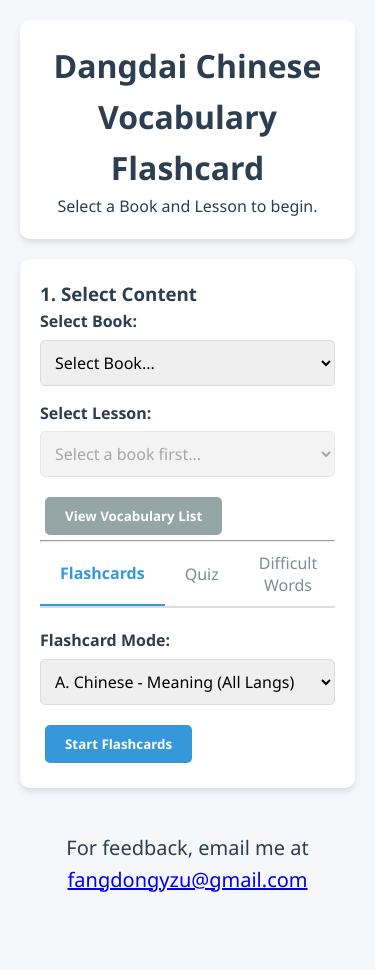
Repository: fangdongyzu/dangdaiflashcards
Page: index.html
The author's editor kept a copy of each file at every save. The page is drawn from the files as they stood at one save, then again after the next save.
The browser window is 375 px wide. The pictures show the whole page.

Above is the page before, as saved 2025-11-27 21:45:41.
Console error: TypeError: Cannot read properties of null (reading 'addEventListener')

After the next save:
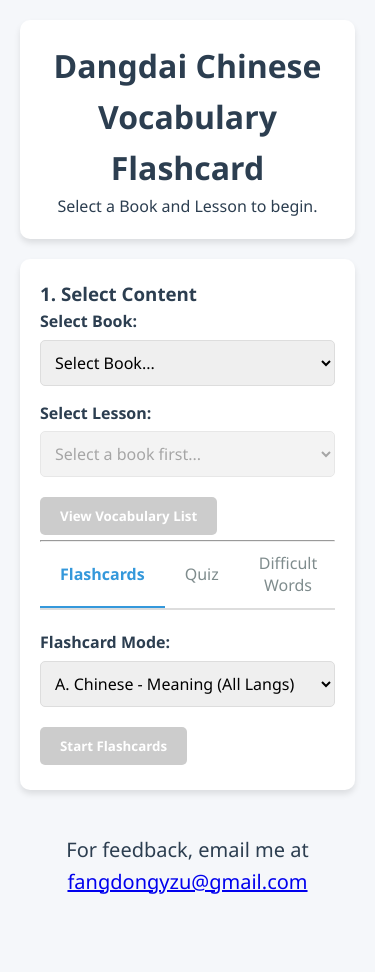
Saved 28 s later.
--- a/styles.css
+++ b/styles.css
@@ -1,6 +1,6 @@
 :root {
     --primary-color: #3498db;
-    --secondary-color: #2980b9;
+    --secondary-color: #7f8c8d;
     --accent-color: #e74c3c;
     --light-color: #ecf0f1;
     --dark-color: #2c3e50;
@@ -48,7 +48,6 @@ header {
     transition: all 0.3s ease;
 }
 
-/* Utility to hide elements */
 .hidden {
     display: none !important;
 }
@@ -63,7 +62,7 @@ label {
     font-weight: 600;
 }
 
-select, input[type="file"] {
+select {
     width: 100%;
     padding: 10px;
     border: 1px solid #ddd;
@@ -78,15 +77,17 @@ select, input[type="file"] {
     cursor: pointer;
     font-weight: 600;
     transition: background 0.2s;
-    margin: 5px;
+    margin: 5px 0;
+    display: inline-block;
 }
 
 .btn.primary { background-color: var(--primary-color); color: white; }
-.btn.secondary { background-color: #95a5a6; color: white; }
+.btn.secondary { background-color: var(--secondary-color); color: white; }
 .btn.warning { background-color: var(--warning-color); color: white; }
-.btn.small { padding: 5px 10px; font-size: 0.9rem; }
-
-.btn:hover { opacity: 0.9; }
+.btn.small { padding: 5px 15px; font-size: 0.9rem; margin-right: 10px;}
+.btn:disabled { background-color: #ccc; cursor: not-allowed; }
+
+.btn:hover:not(:disabled) { opacity: 0.9; }
 
 /* Tabs */
 .tabs {
@@ -102,6 +103,7 @@ select, input[type="file"] {
     cursor: pointer;
     font-size: 1rem;
     color: #7f8c8d;
+    border-bottom: 2px solid transparent;
 }
 
 .tab-btn.active {
@@ -119,12 +121,40 @@ select, input[type="file"] {
     display: block;
 }
 
+/* Table / List View */
+.table-container {
+    overflow-x: auto;
+    background: white;
+    border-radius: var(--border-radius);
+    box-shadow: var(--box-shadow);
+    max-height: 600px;
+    overflow-y: auto;
+}
+
+table {
+    width: 100%;
+    border-collapse: collapse;
+}
+
+th, td {
+    padding: 12px 15px;
+    text-align: left;
+    border-bottom: 1px solid #ddd;
+}
+
+th {
+    background-color: var(--primary-color);
+    color: white;
+    position: sticky;
+    top: 0;
+}
+
 /* Flashcard Styles */
 .flashcard-container {
     perspective: 1000px;
     width: 100%;
     max-width: 600px;
-    height: 400px;
+    height: 450px;
     margin: 20px auto;
 }
 
@@ -173,7 +203,7 @@ select, input[type="file"] {
     background-color: #fdfefe;
 }
 
-/* Content Typography */
+/* Typography */
 .chinese-text {
     font-size: 3rem;
     color: var(--dark-color);
@@ -190,10 +220,10 @@ select, input[type="file"] {
 .meaning-grid {
     display: grid;
     grid-template-columns: 1fr;
-    gap: 8px;
+    gap: 6px;
     text-align: left;
     width: 100%;
-    font-size: 0.95rem;
+    font-size: 0.9rem;
     background: #f8f9fa;
     padding: 10px;
     border-radius: 8px;
@@ -201,14 +231,14 @@ select, input[type="file"] {
 
 .meaning-item {
     border-bottom: 1px solid #eee;
-    padding-bottom: 4px;
+    padding-bottom: 2px;
 }
 
 .meaning-label {
     font-weight: bold;
     color: #7f8c8d;
     display: inline-block;
-    width: 40px;
+    width: 45px;
 }
 
 .flip-hint {
@@ -231,7 +261,7 @@ select, input[type="file"] {
 
 .options-grid {
     display: grid;
-    grid-template-columns: repeat(auto-fit, minmax(250px, 1fr));
+    grid-template-columns: repeat(auto-fit, minmax(300px, 1fr));
     gap: 15px;
     margin-top: 20px;
 }
@@ -245,6 +275,9 @@ select, input[type="file"] {
     transition: all 0.2s;
     text-align: left;
     font-size: 1rem;
+    display: flex;
+    flex-direction: column;
+    justify-content: center;
 }
 
 .quiz-option:hover {
@@ -263,7 +296,6 @@ select, input[type="file"] {
     color: #721c24;
 }
 
-/* Header Row for active modes */
 .header-row {
     display: flex;
     justify-content: space-between;
@@ -275,9 +307,3 @@ select, input[type="file"] {
     from { opacity: 0; }
     to { opacity: 1; }
 }
-
-@media (max-width: 600px) {
-    .flashcard-container { height: 500px; } /* Taller for mobile to fit meanings */
-    .chinese-text { font-size: 2.5rem; }
-    .options-grid { grid-template-columns: 1fr; }
-}
